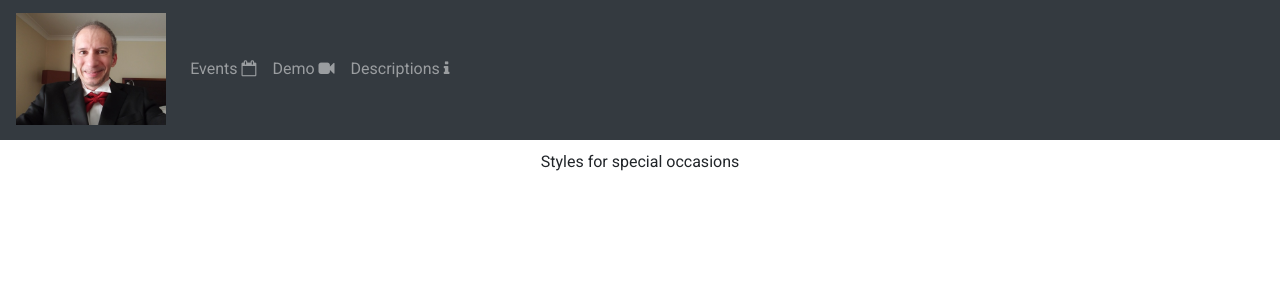
Repository: derektypist/product-landing-page
Page: index.html
The author's editor kept a record of every edit. The page is drawn from the files as they stood at one moment, then again after the next edit.
The browser window is 1280 px wide. The pictures show the whole page.

Above is the page before.

### index.html
<!DOCTYPE html>
<html lang="en">

<head>
    <meta charset="UTF-8">
    <meta name="viewport" content="width=device-width, initial-scale=1.0">
    <meta http-equiv="X-UA-Compatible" content="ie=edge">
    <title>Product Landing Page</title>
    <!-- Load Style Sheets -->
    <link rel="stylesheet" href="https://maxcdn.bootstrapcdn.com/bootstrap/4.4.1/css/bootstrap.min.css" integrity="sha384-Vkoo8x4CGsO3+Hhxv8T/Q5PaXtkKtu6ug5TOeNV6gBiFeWPGFN9MuhOf23Q9Ifjh" crossorigin="anonymous">
    <link rel="stylesheet" href="https://maxcdn.bootstrapcdn.com/font-awesome/4.7.0/css/font-awesome.min.css" type="text/css" />
    <link href="https://fonts.googleapis.com/css?family=Roboto&display=swap" rel="stylesheet">
    <style>
        /* Header and Navigation */

        #header {
            font-family: "Roboto", Arial, Verdana, sans-serif;
        }

        #header-img {
            max-height: 112px;
        }

        #nav-bar {
            padding-bottom: 10px;
        }

        /* Form */
        #form {
            padding-top: 150px;
            font-family: "Roboto", Arial, Verdana, sans-serif;
            text-align: center;
            display: block;
            margin: auto;
        }
    </style>
</head>

<body>
    <!-- Set Up Header -->
    <header id="header">
        <!-- Set Up Navigation with Image -->
        <nav class="navbar navbar-expand navbar-dark bg-dark fixed-top" id="nav-bar">
            <a class="navbar-brand" href="index.html"><img src="derek.JPG" title="Derek Dhammaloka" alt="Derek Dhammaloka" id="header-img"></a>
            <button class="navbar-toggler" type="button" data-toggle="collapse" data-target="navbarSupportedContent" aria-controls="navbarSupportedContent" aria-expanded="false" aria-label="Toggle navigation">
    <span class="navbar-toggler-icon"></span>
  </button>
            <div class="collapse navbar-collapse" id="navbarSupportedContent">
                <ul class="navbar-nav mr-auto">
                    <li class="nav-item">
                        <a class="nav-link" href="#events">Events <i class="fa fa-calendar-o" aria-hidden="true"></i></a>
                    </li>
                    <li class="nav-item">
                        <a class="nav-link" href="#demo">Demo <i class="fa fa-video-camera" aria-hidden="true"></i></a>
                    </li>
                    <li class="nav-item">
                        <a class="nav-link" href="#descriptions">Descriptions <i class="fa fa-info" aria-hidden="true"></i></a>
                    </li>
                </ul>
        </nav>
    </header>

    <!-- Set Up Main Content -->
    <main>
        <form id="form">
        <p>Styles for special occasions</p>
        </form>
        <section id="events"></section>
        <section id="demo"></section>
        <section id="descriptions"></section>
    </main>
</body>

</html>

After the next edit:
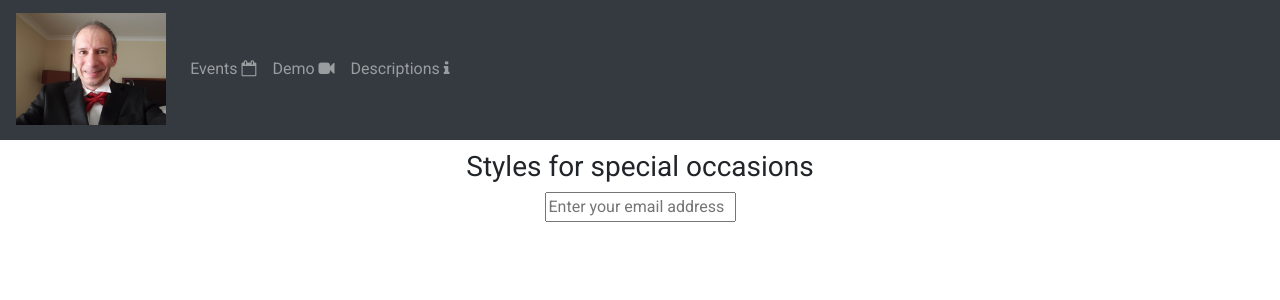
The edit:
--- a/index.html
+++ b/index.html
@@ -63,7 +63,8 @@
     <!-- Set Up Main Content -->
     <main>
         <form id="form">
-        <p>Styles for special occasions</p>
+        <h3>Styles for special occasions</h3>
+        <input type="email" id="email" name="email" placeholder="Enter your email address">
         </form>
         <section id="events"></section>
         <section id="demo"></section>
